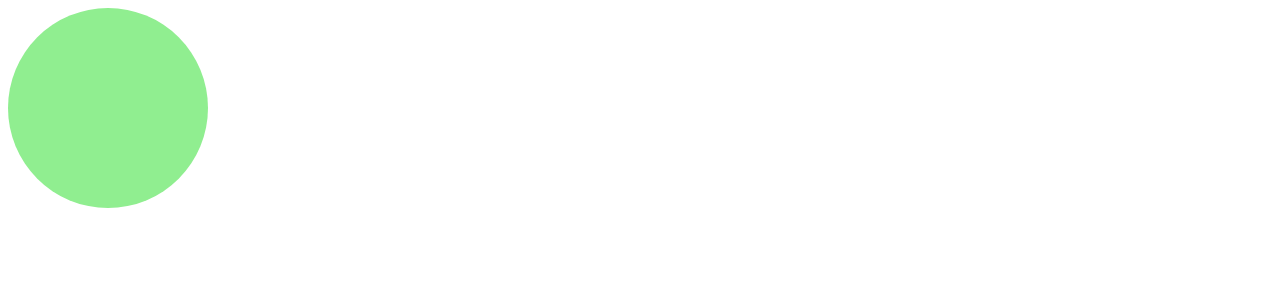
Repository: vasucp1207/framer-motion
Page: /
The author's editor kept a copy of each file at every save. The page is drawn from the files as they stood at one save, then again after a run of saves.
The browser window is 1280 px wide. The pictures show the whole page.
The project was rebuilt for these pictures with package versions that can differ from the ones it lists, and the page was loaded fresh each time. Also part of the build but not shown: src/index.css.

Above is the page before, as saved 2022-07-28 00:38:13.

After the next 5 saves:
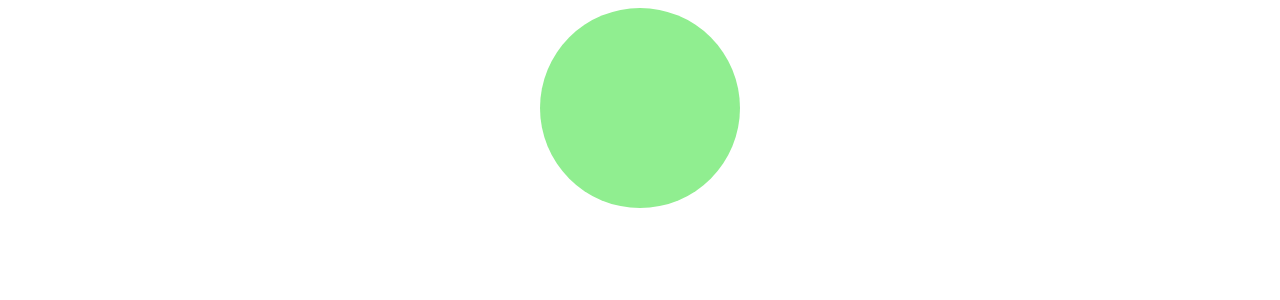
The 5 saves are shown as one change because they came seconds apart.
The last was saved 14 s later.
--- a/src/App.css
+++ b/src/App.css
@@ -1,6 +1,9 @@
-.circle{
+.app{
   display: flex;
   justify-content: center;
+}
+
+.circle{
   align-items: center;
   width: 200px;
   height: 200px;
